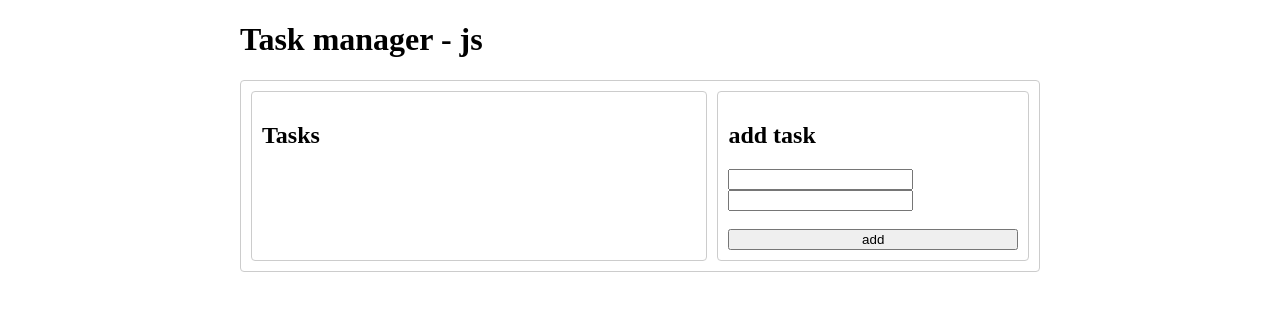
Repository: iKrekus/taskmgr-js
Page: index.html
The author's editor kept a copy of each file at every save. The page is drawn from the files as they stood at one save, then again after the next save.
The browser window is 1280 px wide. The pictures show the whole page.

Above is the page before, as saved 2024-03-15 13:25:29.

### index.html
<!DOCTYPE html>
<html>
<head>
  <meta charset='utf-8'>
  <meta http-equiv='X-UA-Compatible' content='IE=edge'>
  <title>Task manager - js</title>
  <meta name='viewport' content='width=device-width, initial-scale=1'>
  <link rel='stylesheet' type='text/css' media='screen' href='style.css'>
</head>
<body>
<main class="task-mgr">
  <h1>Task manager - js</h1>
  <div class="task-mgr__container container">
    <div class="task-mgr__tasks-box container">
      <h2>Tasks</h2>
      <ul class="task-mgr__list">
      </ul>
    </div>
    <div class="task-mgr__add-task container">
      <h2>add task</h2>
      <label for="title">
        <input type="text" name="title" id="task-title" class="task-mgr__field">
      </label>
      <label for="description">
        <input type="text" name="description" id="task-description" class="task-mgr__field">
      </label>
      <br>
      <br>
      <button type="button" class="task-mgr-btn task-mgr-btn__add" id="btn-add">add</button>
    </div>
  </div>
</main>
<template id="task-tmpl">
  <li>
  <p class="task-title"></p>
  <p class="task-description"></p>
  <button type="button" class="btn btn__remove">Clear</button>
  </li>
</template>
<script src='app.js'></script>
</body>
</html>

### style.css
.task-mgr {
  max-width: 800px;
  margin: 0 auto;
}

li {
  list-style-type: none;
  padding: 0;
}

.task-mgr__container {
  display: flex;
  gap: 10px;
}

.task-mgr__tasks-box {
  width: 60%;
}

.task-mgr__add-task {
  width: 40%;
}

.task-mgr-btn {
  width: 100%;
}

.container {
  border: 1px solid #cccccc;
  border-radius: 4px;
  padding: 10px;
}

### app.js
const taskTitleField = document.querySelector('#task-title');
const taskDescriptionField = document.querySelector('#task-description');
const buttonAdd = document.querySelector('#btn-add');
const taskTitle = document.querySelector('.task-mgr__list');
const taskTemplate = document.querySelector('#task-tmpl').content;

buttonAdd.addEventListener('click', function () {
  if (taskTitleField.value && taskDescriptionField.value) {
  createTask(taskTitleField.value, taskDescriptionField.value);
  clear();
  }

})

function clear(){
  taskTitleField.value='';
  taskDescriptionField.value='';
};

function createTask (name, description) {
  const task = taskTemplate.cloneNode(true);
  task.querySelector('.task-title').textContent = name;
  task.querySelector('.task-description').textContent = description;
  task.querySelector('.btn__remove').addEventListener('click', function(){
    this.closest('LI').remove();
  });
  renderTask(task)
}

function renderTask (task) {
  const taskElement = document.createDocumentFragment();
  taskElement.append(task);
  taskTitle.append(taskElement);
}

After the next save:
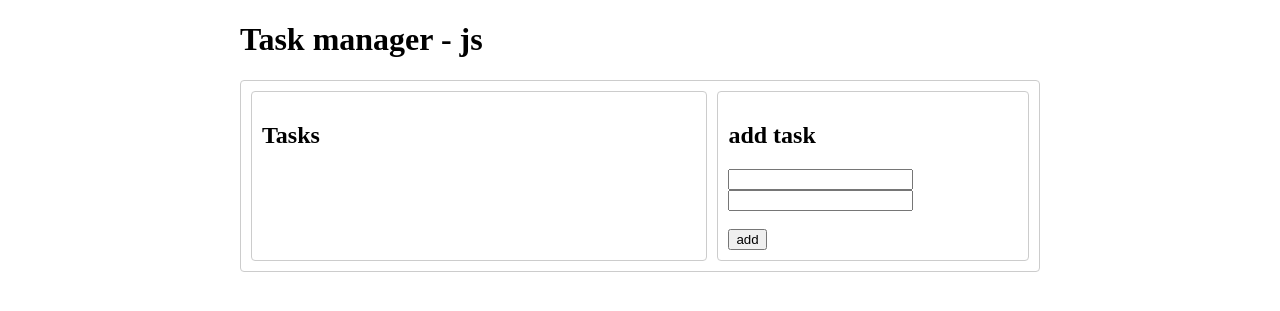
Saved 2 min 5 s later.
--- a/index.html
+++ b/index.html
@@ -26,7 +26,7 @@
       </label>
       <br>
       <br>
-      <button type="button" class="task-mgr-btn task-mgr-btn__add" id="btn-add">add</button>
+      <button type="button" class="btn btn__add" id="btn-add">add</button>
     </div>
   </div>
 </main>
